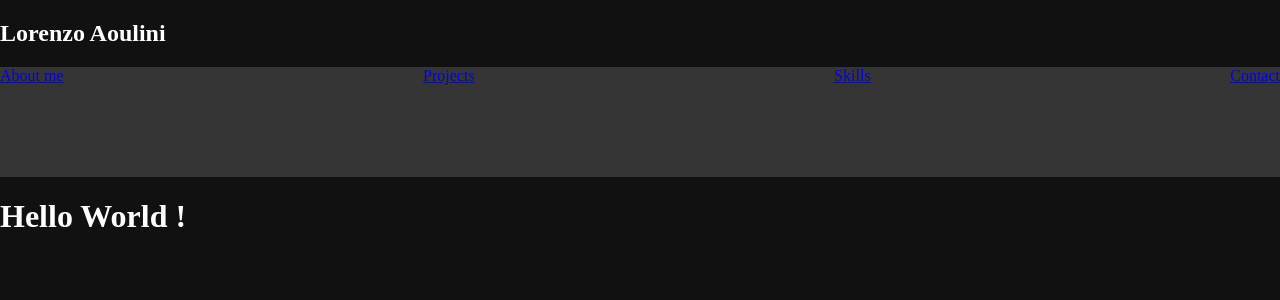
Repository: lolo298/lolo298.github.io
Page: index.html
These files come from the project's save history. The page is drawn as it stood at one moment and after the next save; the edit follows.
The browser window is 1280 px wide. The pictures show the whole page.

Above is the page before, as saved 2022-05-09 17:23:56.

After the next save:
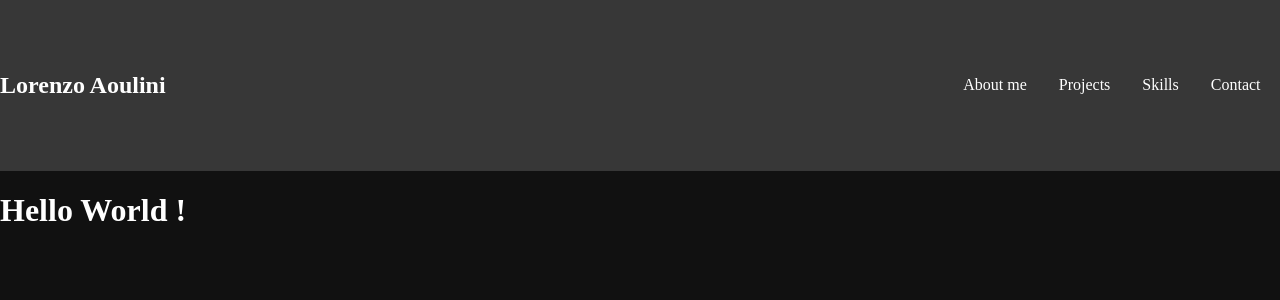
Saved 21 s later.
--- a/css/style.css
+++ b/css/style.css
@@ -13,8 +13,7 @@ body {
     width: 100%;
 }
 
-
-/* .main-navbar {
+.main-navbar {
     background-color: #373737;
     height: 10%;
     width: 100%;
@@ -57,43 +56,4 @@ body {
 
 .main-navbar-item:hover {
     background-color: #6A6A6A;
-} */
-
-.main-navbar>div {
-    background-color: #353535;
-    display: flex;
-    flex-direction: row;
-    width: 100vw;
-    height: 110px;
-    justify-content: space-between;
 }
-
-.menu {
-    display: flex;
-    flex-direction: column;
-    align-items: center;
-    width: max-content;
-    list-style-type: none;
-    margin: 0;
-}
-
-.menu>div {
-    height: 110px;
-    width: 100%;
-    display: flex;
-    align-items: center;
-    justify-content: center;
-    background-color: rgb(108, 108, 108);
-}
-
-.menu>div:hover {
-    background-color: rgb(156, 156, 156);
-}
-
-.menu-item>a {
-    color: white;
-    text-decoration: none;
-    padding-left: 10px;
-    padding-right: 10px;
-    font-family: 'Roboto', sans-serif;
-}
